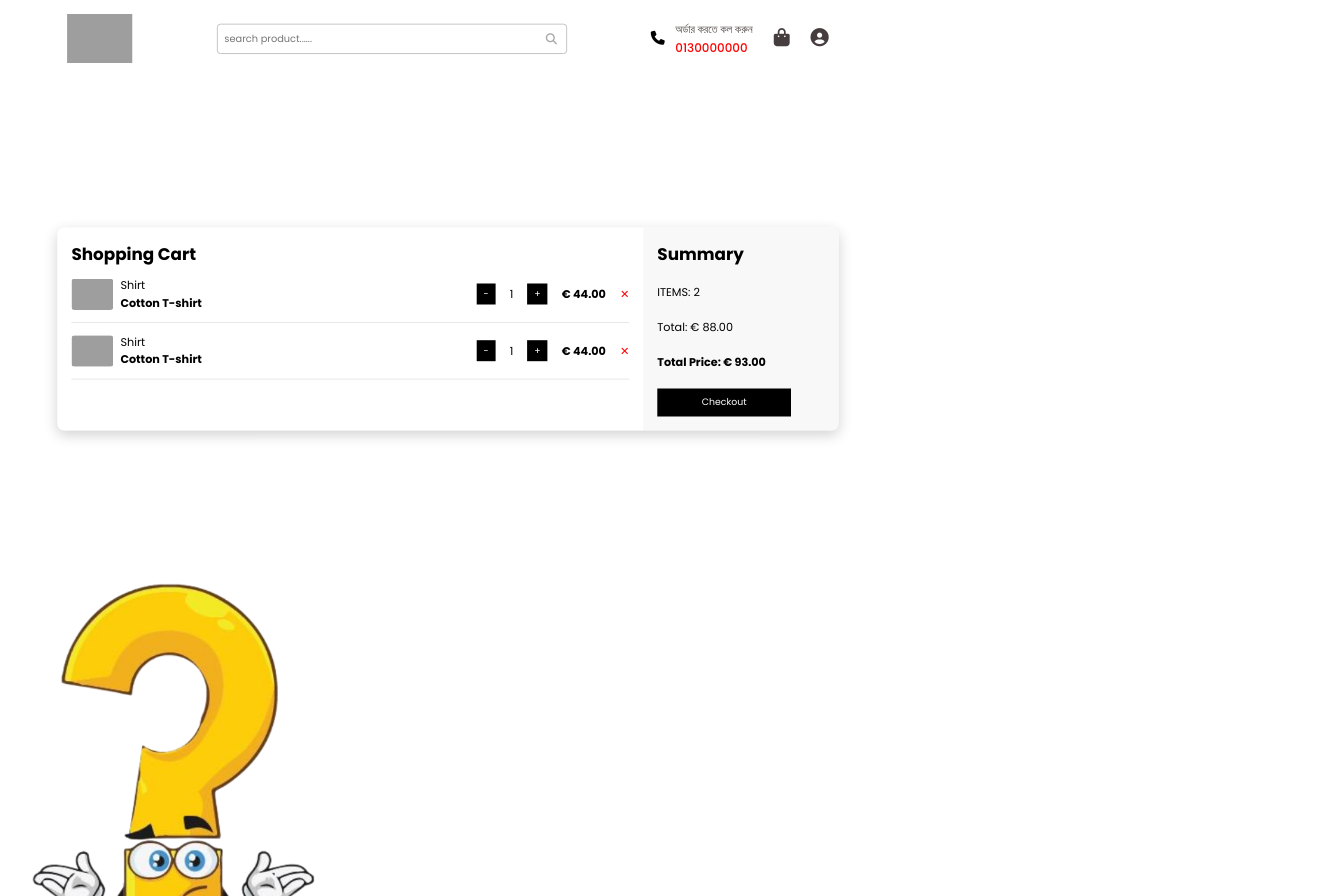
Repository: saifscripts/accessories-mart
Page: /cart
The author's editor kept a copy of each file at every save. The page is drawn from the files as they stood at one save, then again after the next save.
The browser window is 1280 px wide. The page is 3000 px wide, so the pictures cover 1920 px, including what lies to the right of the window. The pictures show the part of the page from y = 0 to 1280 px (the page is 7972 px tall), at 70% of full size.
Pictures or frames that could not be fetched are drawn as grey boxes. The page's requests for data from a server got no answer. The project was rebuilt for these pictures with package versions that can differ from the ones it lists, and the page was loaded fresh each time. No one was signed in, and anything a server would have sent is missing. Also part of the build but not shown: vite.config.js, src/App.jsx, src/components/Hero.jsx, src/components/Products.jsx, src/components/Loader.jsx, src/components/ProductSection.jsx, src/components/ProductsByClass.jsx, src/pages/Home.jsx and 2 more. Imported but missing from the stored project, and not drawn on this page: src/context/CartContext.

Above is the page before, as saved 2025-03-17 01:58:24.

### index.html
<!doctype html>
<html lang="en">

<head>
  <meta charset="UTF-8" />
  <link rel="icon" type="image/svg+xml" href="logo.png" />
  <meta name="viewport" content="width=device-width, initial-scale=1.0" />
  <title>ভাই দাম কত ?</title>
  <!-- Carousel -->
  <link rel="stylesheet" href="https://cdnjs.cloudflare.com/ajax/libs/OwlCarousel2/2.3.4/assets/owl.carousel.min.css"
    integrity="sha512-tS3S5qG0BlhnQROyJXvNjeEM4UpMXHrQfTGmbQ1gKmelCxlSEBUaxhRBj/EFTzpbP4RVSrpEikbmdJobCvhE3g=="
    crossorigin="anonymous" referrerpolicy="no-referrer" />
  <link rel="stylesheet"
    href="https://cdnjs.cloudflare.com/ajax/libs/OwlCarousel2/2.3.4/assets/owl.theme.default.min.css"
    integrity="sha512-sMXtMNL1zRzolHYKEujM2AqCLUR9F2C4/05cdbxjjLSRvMQIciEPCQZo++nk7go3BtSuK9kfa/s+a4f4i5pLkw=="
    crossorigin="anonymous" referrerpolicy="no-referrer" />
  <!-- === font-awesome icon CDN === -->
  <link rel="stylesheet" href="https://cdnjs.cloudflare.com/ajax/libs/font-awesome/6.7.2/css/all.min.css"
    integrity="sha512-Evv84Mr4kqVGRNSgIGL/F/aIDqQb7xQ2vcrdIwxfjThSH8CSR7PBEakCr51Ck+w+/U6swU2Im1vVX0SVk9ABhg=="
    crossorigin="anonymous" referrerpolicy="no-referrer" />
</head>

<body>
  <div id="root"></div>
  <script type="module" src="/src/main.jsx"></script>
  <!-- =======Jquery ======== -->
  <script src="https://cdnjs.cloudflare.com/ajax/libs/jquery/3.7.1/jquery.min.js"
    integrity="sha512-v2CJ7UaYy4JwqLDIrZUI/4hqeoQieOmAZNXBeQyjo21dadnwR+8ZaIJVT8EE2iyI61OV8e6M8PP2/4hpQINQ/g=="
    crossorigin="anonymous" referrerpolicy="no-referrer"></script>

</body>

</html>

### src/main.jsx
import { StrictMode } from 'react'
import { createRoot } from 'react-dom/client'
import './index.css'
import App from './App.jsx'
import {
  createBrowserRouter,
  RouterProvider,
} from "react-router-dom";
import Home from './pages/Home.jsx';
import Single from './pages/Single.jsx';
import MainLayout from './layout/MainLayout.jsx';
import ScrollToTop from './components/ScrollToTop.jsx';
import Cart from './pages/Cart.jsx';

const router = createBrowserRouter([
  {
    path: "/",
    element: <MainLayout />,
    children: [
      {
        path: "/",
        element: <Home />,
      },
      {
        path: "/single/:id",
        element: <Single />,
      },
      {
        path: "/cart",
        element: <Cart />,
      }
    ]
  },
]);

createRoot(document.getElementById('root')).render(
  <StrictMode>
    <RouterProvider router={router} />
  </StrictMode>,
)

### src/index.css
@import url('https://fonts.googleapis.com/css2?family=Hind+Siliguri:wght@300;400;500;600;700&family=Inter:ital,opsz,wght@0,14..32,100..900;1,14..32,100..900&display=swap');

@import url('https://fonts.googleapis.com/css2?family=Poppins:ital,wght@0,100;0,200;0,300;0,400;0,500;0,600;0,700;0,800;0,900;1,100;1,200;1,300;1,400;1,500;1,600;1,700;1,800;1,900&display=swap');

* {
  margin: 0;
  padding: 0;
  box-sizing: border-box;
  /*     font-family: "Hind Siliguri", serif; */
  font-family: "Poppins", serif;
}

ul {
  list-style-type: none;
}

a {
  text-decoration: none;
}

header {
  width: 100%;
  display: flex;
  justify-content: space-around;
  align-items: center;
  background-color: rgba(255, 255, 255, 0.125);
}

.ar-headerContainer {
  width: 85%;
  display: flex;
  justify-content: space-between;
  align-items: center;
  padding: 20px 0 20px 0;
}

.ar-headerLogo a {
  background: #aba8a8;
  display: flex;
  justify-content: start;
  height: 70px;
}

/* ===input style=== */
.ar-Search {
  display: flex;
  align-items: center;


}

.ar-Search i {
  color: #aba8a8;
}

.ar-search-icon a i {
  margin-left: -30px;
}

.ar-Search input {
  width: 500px;
  padding: 10px;
  border: 1px solid rgb(176, 169, 169);
  font-size: 14px;
  border-radius: 5px;
}

/* === MOBILE RESPONSIVE === */
@media(max-width: 768px) {
  header {
    width: 100%;
    display: flex;
    justify-content: center;
    align-items: center;
    background-color: rgba(255, 255, 255, 0.125);
  }

  .ar-headerContainer {
    width: 95%;
    display: flex;
    justify-content: space-between;
    align-items: center;
    padding: 2px 0 2px 0;
  }

  .ar-headerLogo a {
    height: 50px;
  }

  .ar-Search {
    width: 250px;
  }
}

/* === input style end === */

/* === contact style === */
.ar-contact {
  display: flex;
  justify-content: space-around;
  align-items: center;
  gap: 20px;
}

.contactPhone {
  display: flex;
  align-items: center;
  gap: 15px;
}

.ar-contactIcon i {
  font-size: 20px;

}

.ar-contact-container p {
  color: #524747;
  font-size: 16px;
  font-family: "Hind Siliguri", serif;
}

.ar-contact-container span {
  color: red;
  font-size: 17px;
  font-weight: 500;
}

.ar-cart i {
  font-size: 26px;
  margin-left: 10px;
  color: #463e3e;
}

/* === MOBILE RESPONSIVE === */
@media(max-width: 768px) {
  .ar-contact {
    display: flex;
    flex-direction: column;
    justify-content: flex-end;
    align-items: flex-end;
    gap: 0;
  }

  .ar-contactIcon i {
    display: none;
  }

  .ar-contact-container {
    text-align: end;
  }

  .ar-contact-container p {
    font-size: 15px;
    display: none;
  }

  .ar-contact-container span {
    font-size: 15px;
    display: none;
  }

  .ar-cart i {
    font-size: 16px;
  }

  .sh-add-slider-container a img {
    width: 100%;
  }
}

/* ===contact style end === */
.sh-add-slider-container img {
  width: 100%;
}



/* === SH PRODUCTS SLIDE MENU === */
.sh-products-menu-page-slider-section {
  width: 100%;
  display: flex;
  justify-content: center;
  background-color: #F5F6F7;
}

.sh-products-menu-page-slider-container {
  width: 85%;
  height: 100px;
  display: flex;
  align-items: center;
}

.item {
  width: 200px;
  height: 40px;
  display: flex;
  align-items: center;
  justify-content: center;
  border: 1px solid rgb(0, 0, 0, 0.1);
  background-color: white;
}

.item a {
  color: black;
  font-size: 16px;
}

/* === MOBILE RESPONSIVE === */
@media(max-width: 768px) {
  .sh-products-menu-page-slider-section {
    width: 100%;
    display: flex;
    justify-content: center;
  }

  .sh-products-menu-page-slider-container {
    width: 90%;
    display: flex;
    align-items: center;
  }

  .item {
    width: 150px;

  }

  .item a {
    font-size: 13px;
  }
}

/* === SH ALL PRODUCTS AND SEE MORE === */
.sh-all-productAndSee-text-section {
  width: 100%;
  display: flex;
  justify-content: center;
  background-color: #F5F6F7;
}

.sh-all-productAndSee-text-container {
  width: 85%;
  display: flex;
  justify-content: space-between;
  margin-top: 50px;
}

.sh-all-productAndSee-text-container h3 {
  font-size: 30px;
}

.sh-all-productAndSee-text-container a {
  width: 90px;
  height: 40px;
  display: flex;
  align-items: center;
  justify-content: center;
  background-color: white;
  border: 1px solid green;
  border-radius: 5px;
  color: green;
}

/* === MOBILE RESPONSIVE === */
@media(max-width: 768px) {
  .sh-all-productAndSee-text-section {
    width: 100%;
  }

  .sh-all-productAndSee-text-container {
    width: 95%;
    margin-top: 0;
  }
}

/* === SH DAIMOND PRODUCTS === */
.sh-daimond-section {
  width: 100%;
  display: flex;
  justify-items: center;
  justify-content: center;
  background: #F5F6F7;
  padding-top: 40px;
  padding-bottom: 40px;
}

/* === SH DAIMOND PRODUCT CONTAINER === */
.sh-daimond-product-container {
  width: 85%;
  gap: 20px;
  display: grid;
  grid-template-columns: auto auto auto auto;
}

.sh-daimond-product img {
  width: 100%;
  height: 100%;
}

/* === REPONSIVE FOR MOBILE === */
@media(max-width: 768px) {
  .sh-daimond-product-container {
    width: 95%;
    display: grid;
    grid-template-columns: auto auto;
    column-gap: 10px;
    row-gap: 10px;
  }
}

/* === SH DAIMOND CONTAINER === */
.sh-daimond-container {
  display: flex;
  justify-content: space-between;
  position: relative;
  flex-direction: column;
  width: 350px;
  min-height: 380px;
  min-height: 400px;
  background: white;
  border-radius: 10px;
  box-shadow: 3px 3px 5px 5px rgb(0, 0, 0, 0.1);
}

/* === SH DAIMOND PRODUCT IMAGE === */
.sh-daimond-product img {
  width: 100%;
  border-radius: 10px 10px 0 0;
}

/* === SH PRODUCT DISCOUNT PRICE === */
.sh-product-discount-price {
  width: 60px;
  display: flex;
  position: absolute;
  align-items: center;
  justify-content: center;
  border-radius: 50px;
  font-size: 16px;
  color: white;
  background: #DC3545;
  margin: 10px;
}

/* === SH PRODUCTS DETAILS === */
.sh-product-details {
  height: 120px;
  padding: 8px;
}

/* === SH PRODUCT NAME === */
.sh-product-name a h4 {
  font-size: 15px;
  font-weight: 400;
  color: black;
  line-height: 1.5em;
  height: 60px;
}

@media(max-width: 768px) {
  .sh-product-name a h4 {
    font-size: 14px;
  }

  .sh-product-details {
    height: 100px;
  }
}

/* === SH PRODUCTS PRICES === */
.sh-products-prices {
  display: flex;
  height: 30px;
  margin-top: 8px;
  gap: 10px;
}

/* === SH LESS PRICE === */
.sh-less-price p {
  font-size: 15px;
  color: #DC3545;
}

/* === SH REGULAR PRICE === */
.sh-regular-price p {
  font-size: 15px;
  color: gray;
  text-decoration: line-through;
}

@media(max-width: 768px) {
  .sh-less-price p {
    font-size: 14px;
  }

  .sh-regular-price p {
    font-size: 14px;
  }
}

/* === SH ORDER NOW BUTTON === */
.sh-order-korun-button {
  width: 100%;
  position: relative;
  display: flex;
  align-items: center;
  justify-content: center;
  border-radius: 0 0 10px 10px;
}

.sh-order-korun-button button {
  width: 100%;
  cursor: pointer;
}

.sh-btn-style {
  padding: 4px 10px;
  border: none;
}

.sh-btn-cartbg {
  border-radius: 0 0 0 10px;
  transition: all 0.3s ease-in-out;
  background: #FFBF00;
}

.sh-btn-cartbg:hover {
  background: #e7ae04;
}

.sh-btn-orderbg {
  border-radius: 0 0 10px 0;
  transition: all 0.3s ease-in-out;
  background: #FF7F50;
}

.sh-btn-orderbg:hover {
  background: #f3632e;
}

.sh-order-korun-button a {
  color: white;
  font-size: 16px;
  font-family: "Hind Siliguri", serif;
}

/* .sh-addcart::before{
    content: "";
    position: absolute;
    visibility: hidden;
    background: #34495e;
    margin-top: -40px;
    margin-left: -55px;
    padding: 6px 12px;
    border-radius: 3px;
    color: white;
    transition: visibility 0.3s ease, opacity 0.3s ease;
} */
/* .sh-addcart::before{
    content: "";
    position: absolute;
    visibility: hidden;
    background: #34495e;
    margin-top: -40px;
    margin-left: -55px;
    padding: 6px 12px;
    border-radius: 3px;
    color: white;
    transition: all 0.5s ease-in-out;
} */
/*  .sh-addcart{
    transition: all 0.5s ease-in-out;
 } */
.sh-btn-cartbg:hover::before {
  position: absolute;
  content: "Add to Cart";
  background-color: #34495e;
  visibility: visible;
  color: white;
  padding: 6px 12px;
  margin-top: -40px;
  margin-left: -40px;
  border-radius: 3px;
  opacity: 1;
}

/* === footer === */

.footer {
  width: 85%;
}

.footer-container {
  gap: 20px;
  display: flex;
  justify-content: space-between;
}

.footer-section h3 {
  font-size: 25px;
  margin-bottom: 10px;
}

.footer-section p,
.footer-section a {
  font-size: 14px;
  line-height: 25px;
  color: black;
  margin-bottom: 5px;
}

.footer-logo h1 {
  font-family: "Urbanist", serif;
  font-size: 40px;
}

.footer-bg {
  width: 100%;
  padding-bottom: 30px;
  padding-top: 50px;
  justify-items: center;
  background-color: white;
}

/* === MOBILE RESPONSIVE === */
/* === FOOTER === */
@media (max-width: 768px) {
  .footer {
    display: grid;
    width: 430px;
    padding-left: 20px;
  }

  .footer-container {
    display: grid;
  }

  .footer-section p,
  .footer-section a {
    font-size: 14px;
    line-height: 20px;
    color: black;
  }

  .footer-section h3 {
    font-size: 16px;
    margin-bottom: 5px;
  }

  .sh-order-korun-button a {
    font-size: 0.875em;
  }

  .sh-btn-cartbg:hover::before {
    position: absolute;
    content: "Add to Cart";
    background-color: #34495e;
    visibility: visible;
    color: white;
    font-size: 0.875em;
    padding: 6px;
    margin-top: -47px;
    margin-left: -32px;
    border-radius: 3px;
    opacity: 1;
  }

}

.sm-email-section {
  display: flex;
  margin-top: 20px;
}

.email-form {
  display: flex;
  flex-direction: column;
  gap: 10px;
}

.sm-email-section input {
  background-color: white;
  width: 318px;
  padding: 12px;
  border: 1px solid #ccc;
  border-radius: 4px;
}

.sm-email-section button {
  width: 100px;
  padding: 12px;
  background-color: black;
  color: #fff;
  border: none;
  border-radius: 4px;
  cursor: pointer;
}

.footer-bottom-content {
  display: flex;
  align-items: center;
  margin-top: 50px;
  justify-content: space-between;

}

/* Home-Slider */
.sh-add-slider-container {
  text-align: center;
  margin-bottom: 20px;
}

.sh-add-slider-container img {
  max-width: 100%;
  height: auto;
}

.slider-wrapper {
  overflow: hidden;
  width: 85%;
  /* 4 items * 210px width each */
  margin: auto;
  padding-bottom: 10px;
}

.slider-track {
  display: flex;
  transition: transform 0.5s ease-in-out;
}

.slider-item {
  min-width: 200px;
  text-align: center;
  background-color: white;
  padding: 10px;
  border-radius: 8px;
  box-shadow: 2px 4px 6px rgba(0, 0, 0, 0.1);
  margin-left: 10px;
  margin-right: 10px;
}

.hero-slider {
  margin-bottom: 50px;
}

/* Single Product Page */
.OrderProcessSection {
  width: 100%;
  background-color: #F5F6F7;
  display: flex;
  justify-content: center;
  margin-top: 0px;
  padding: 40px 0 40px 0;
}

.orderProcessContainer {
  width: 85%;
  display: flex;
  justify-content: space-between;
}

.productImage {
  display: flex;
  width: 35%;
  padding: 10px;
  border: 1px solid rgba(155, 153, 153, 0.258);
  background-color: #fff;
  border-radius: 5px;
  box-shadow: 5px 5px 40px 0.3px rgba(209, 208, 208, 0.221);
  height: 430px;
}

.productImage img {
  display: flex;
  width: 100%;
  border: 1px solid rgba(155, 153, 153, 0.258);
  border-radius: 5px;
  box-shadow: 5px 5px 40px 0.3px rgba(209, 208, 208, 0.221);
}

/* === MOBILE RESPONSIVE === */
@media(max-width: 768px) {
  .OrderProcessSection {
    width: 100%;
    display: flex;
    justify-content: center;
    margin-top: 30px;
    padding: 10px 10px 10px 10px;
  }

  .orderProcessContainer {
    width: 99%;
    display: flex;
    flex-direction: column;
    justify-content: center;
  }

  .productImage {
    width: 100%;
    padding: 10px;
    border: 1px solid rgba(155, 153, 153, 0.258);
    background-color: #fff;
    border-radius: 5px;
    box-shadow: 5px 5px 40px 0.3px rgba(209, 208, 208, 0.221);
    margin-bottom: 20px;
  }

  .productImage img {
    display: flex;
    width: 100%;
    border: 1px solid rgba(155, 153, 153, 0.258);
    border-radius: 5px;
    box-shadow: 5px 5px 40px 0.3px rgba(209, 208, 208, 0.221);
  }
}

/*=== productImage end === */

/*==== ar-productOrder ====*/

.ar-productOrder {
  width: 63%;
  border: 1px solid rgba(155, 153, 153, 0.258);
  background-color: #ffffff;
  border-radius: 5px;
  padding: 15px;
  box-shadow: 5px 5px 40px 0.3px rgba(209, 208, 208, 0.221);
}

.for-contact h1 {
  font-size: 27px;
  font-weight: 600;
  margin-bottom: 10px;
}

.for-contact strong {
  color: red;
  font-size: 25px;
  font-weight: 600;
}

.for-contact del {
  font-size: 23px;
  color: #818c97;
}

/* === orderBtn=== */
.orderBuy {
  display: flex;
  gap: 30px;
  margin-top: 20px;
}

.orderBuy a {
  width: 830px;
  display: flex;
  justify-content: center;
  align-items: center;
  height: 45px;
  font-size: 18px;
  border-radius: 5px;
  border: none;
  color: #ffff;
}


.callBtn button {
  width: 100%;
  height: 45px;
  margin-top: 10px;
  font-size: 18px;
  background-color: #0D6EFD;
  color: #ffff;
  border: none;
  border-radius: 5px;
}

/* === productCode===  */
.productCode {
  margin-top: 20px;
  font-size: 20px;
}

/* ===deliveryCause === */
.deliveryCause {
  margin-top: 50px;
}

.dhakaIn {
  display: flex;
  justify-content: space-between;
  font-size: 18px;
}

.dhakaOut {
  display: flex;
  justify-content: space-between;
  font-size: 18px;
}


/* === MOBILE RESPONSIVE === */
@media(max-width: 768px) {
  .ar-productOrder {
    width: 100%;
    border: 1px solid rgba(155, 153, 153, 0.258);
    background-color: #ffffff;
    border-radius: 5px;
    padding: 10px;
    box-shadow: 5px 5px 40px 0.3px rgba(209, 208, 208, 0.221);
  }

  .for-contact h1 {
    font-size: 20px;
    font-weight: 600;
    margin-bottom: 5px;
  }

  .for-contact strong {
    font-size: 20px;
    font-weight: 600;
  }

  .for-contact del {
    font-size: 20px;
    color: #818c97;
  }

  .orderBuy {
    display: flex;
    gap: 20px;
  }

  .orderBuy a {
    width: 50%;
    height: 45px;
    font-size: 18px;
    border-radius: 5px;
    border: none;
    color: #ffff;
  }

  .callBtn button {
    width: 100%;
    height: 45px;
    margin-top: 10px;
    font-size: 18px;
    background-color: #0D6EFD;
    color: #ffff;
    border: none;
    border-radius: 5px;
  }

  .productCode {
    margin-top: 10px;
    font-size: 18px;
  }

  .deliveryCause {
    margin-top: 20px;
  }
}





/*==== ar-productOrder end====*/






/* === discription === */

.discriptionContainer {
  width: 100%;
  background-color: #F5F6F7;
  display: flex;
  justify-content: center;
  padding-top: 50px;
  padding-bottom: 50px;
}

.descriptionSection {
  display: flex;
  justify-content: start;
  gap: 30px;
  width: 85%;
  line-height: 35px;
}

.discription {
  width: 100%;
  background-color: #DB991B;
  border-radius: 5px 5px 0px 0px;
}

.discription h1 {
  color: #ffffff;
  font-size: 18px;
  margin-left: 20px;

}

.mainDescription {
  background-color: #FFFFFF;
  padding: 20px;
}

.mainDescription p {
  font-size: 18px;
}

.mainDescription span {
  font-size: 18px;
}

/* === MOBILE DISCRIPTION === */
@media(max-width: 768px) {
  .discriptionContainer {
    width: 100%;
    background-color: #F5F6F7;
    display: flex;
    justify-content: center;
    margin-top: 20px;
  }

  .descriptionSection {
    display: flex;
    justify-content: start;
    width: 95%;
    line-height: 30px;
  }

  .mainDescription p {
    font-size: 15px;
  }
}


@media(max-width: 768px) {
  .footer-bottom {
    display: none;
  }

}

@media(max-width: 768px) {
  .sm-hide-for-mobile {
    display: none;
  }
}

@media(max-width: 768px) {
  .footer-bg {
    height: 100%;
    padding-top: 50px;
    margin-top: 60px;
  }
}


/* My Codes Updated */
.sh-daimond-section .sh-daimond-product img {
  height: 250px !important;
  padding: 30px;
}

/* Loader */
/* Fullscreen Loader */
.loader-container {
  position: fixed;
  top: 0;
  left: 0;
  width: 100%;
  height: 100vh;
  display: flex;
  flex-direction: column;
  justify-content: center;
  align-items: center;
  background: rgba(0, 0, 0, 0.8);
  color: white;
  font-size: 1.2rem;
  z-index: 1000;
}

/* Loader Animation */
.spinner {
  width: 50px;
  height: 50px;
  border: 6px solid #fff;
  border-top: 6px solid #3498db;
  border-radius: 50%;
  animation: spin 1s linear infinite;
  margin-bottom: 10px;
}

@keyframes spin {
  0% {
    transform: rotate(0deg);
  }

  100% {
    transform: rotate(360deg);
  }
}

/* Content Styling */
.content {
  padding: 20px;
  text-align: center;
}

/* Cart Page */
/* General Styles */
.cart-section {
  font-family: Arial, sans-serif;
  background: white;
  min-height: 100vh;
  margin: auto;
  padding: 20px;
  display: flex;
  justify-content: center;
  align-items: center;
}

/* Two Column Layout */
.container {
  display: grid;
  grid-template-columns: 3fr 1fr;
  width: 90%;
  background: white;
  box-shadow: 0 6px 20px rgba(0, 0, 0, 0.19);
  border-radius: 10px;
  overflow: hidden;
}

/* Columns */
.column {
  flex: 1;
  padding: 20px;
}
.checkout-button button{
  width: 100%;
}

.column:first-child {
  background: white;
}

.column:last-child {
  background: #f8f8f8;
  text-align: left;
}

/* Cart Items */
.cart-item {
  display: flex;
  align-items: center;
  justify-content: space-between;
  border-bottom: 1px solid #ddd;
  padding: 15px 0;
}

.cart-item img {
  width: 60px;
  height: auto;
  border-radius: 5px;
}

.item-details {
  flex-grow: 1;
  margin-left: 10px;
}

.item-name {
  font-weight: bold;
}

.quantity {
  display: flex;
  align-items: center;
  gap: 20px;
}

.quantity button {
  padding: 5px 10px;
  border: none;
  background: #000;
  color: white;
  cursor: pointer;
}

.price {
  font-weight: bold;
  margin-left: 20px;
  margin-right: 20px;
}

.remove {
  color: red;
  cursor: pointer;
}

/* Summary Section */
.summary select,
.summary input {
  width: 80%;
  padding: 8px;
  margin: 10px 0;
  border: 1px solid #ccc;
}

button {
  background: #000;
  color: white;
  padding: 10px;
  border: none;
  cursor: pointer;
  width: 80%;
}

/* Responsive Design */
@media (max-width: 768px) {
  .container {
    flex-direction: column;
  }

  .column {
    width: 100%;
  }
}

### src/layout/MainLayout.jsx
import React from 'react';
import Header from '../components/Header';
import { Outlet } from 'react-router-dom';
import MainFooter from '../components/MainFooter';
import ScrollToTop from '../components/ScrollToTop';

const MainLayout = () => {
    return (
        <div>
            <Header />
            <ScrollToTop />
            <Outlet />
            <MainFooter />
        </div>
    );
};

export default MainLayout;

Loaded but not shown: src/components/ScrollToTop.jsx (common file); src/components/MainFooter.jsx (164 lines, source omitted); src/pages/Cart.jsx (56 lines, source omitted); src/components/Header.jsx (45 lines, source omitted); src/App.css (no stored copy; drawn as an empty file)

After the next save:
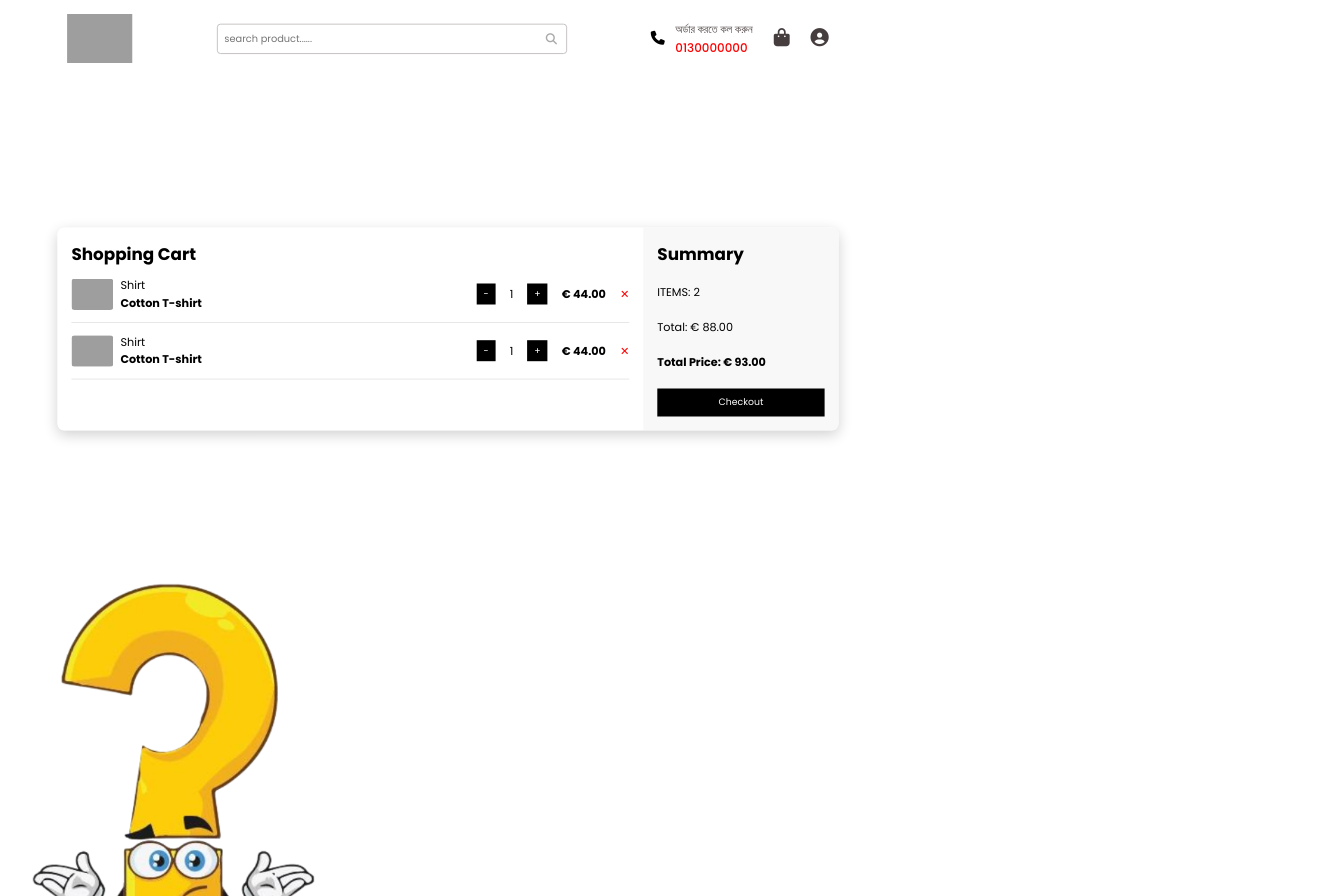
Saved 7 s later.
--- a/src/index.css
+++ b/src/index.css
@@ -1041,7 +1041,7 @@ header {
   flex: 1;
   padding: 20px;
 }
-.checkout-button button{
+.button-cart button{
   width: 100%;
 }
 
